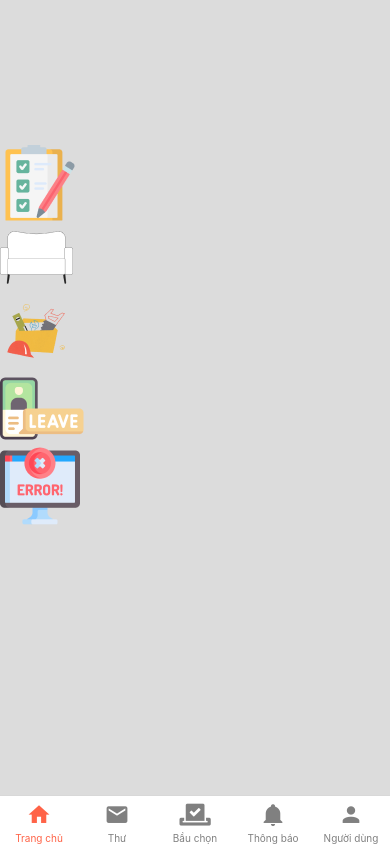
Repository: diepdung02/AppPTC
Page: /Home
The author's editor kept a copy of each file at every save. The page is drawn from the files as they stood at one save, then again after a run of saves.
The browser window is 390 px wide. The pictures show the whole page.
The page's requests for data from a server got no answer. The app was drawn by React Native's web renderer in a window 390 px wide. The project was rebuilt for these pictures with package versions that can differ from the ones it lists, and the page was loaded fresh each time. No one was signed in, and anything a server would have sent is missing. Also part of the build but not shown: screen/home/MailScreen.tsx, screen/home/NotificationScreen.tsx, screen/home/UserScreen.tsx, screen/home/VoteScreen.tsx. Imported but missing from the stored project, and not drawn on this page: assets.

Above is the page before, as saved 2024-06-30 15:15:39.

### App.tsx
// App.tsx

import React from 'react';
import { NavigationContainer } from '@react-navigation/native';
import { createStackNavigator } from '@react-navigation/stack';
import { LoginScreen, HomeScreen, NotificationScreen, UserScreen, MailScreen, VoteScreen } from './screen/index';
import { createBottomTabNavigator } from '@react-navigation/bottom-tabs';
import { MaterialCommunityIcons, FontAwesome5 } from '@expo/vector-icons'; // Sử dụng MaterialCommunityIcons từ expo/vector-icons

const Stack = createStackNavigator();
const Tab = createBottomTabNavigator();

const HomeTabNavigator: React.FC = () => {
  return (
    <Tab.Navigator
      initialRouteName="HomeTab"
      screenOptions={{
        tabBarActiveTintColor: 'tomato',
        tabBarInactiveTintColor: 'gray',
        tabBarStyle: { display: 'flex' },
      }}
    >
      <Tab.Screen
        name="HomeTab"
        component={HomeScreen}
        options={{
          headerShown: false,
          tabBarLabel: 'Trang chủ',
          tabBarIcon: ({ color, size }) => (
            <MaterialCommunityIcons name="home" color={color} size={size} />
          ),
        }}
      />

      <Tab.Screen
        name="Mail"
        component={MailScreen}
        options={{
          headerShown: false,
          tabBarLabel: 'Thư',
          tabBarIcon: ({ color, size }) => (
            <MaterialCommunityIcons name="email" color={color} size={size} />
          ),
        }}
      />

      <Tab.Screen
        name="Vote"
        component={VoteScreen}
        options={{
          headerShown: false,
          tabBarLabel: 'Bầu chọn',
          tabBarIcon: ({ color, size }) => (
            <FontAwesome5 name="vote-yea" color={color} size={size} />
          ),
        }}
      />

      <Tab.Screen
        name="Notifications"
        component={NotificationScreen}
        options={{
          headerShown: false,
          tabBarLabel: 'Thông báo',
          tabBarIcon: ({ color, size }) => (
            <MaterialCommunityIcons name="bell" color={color} size={size} />
          ),
        }}
      />
      <Tab.Screen
        name="User"
        component={UserScreen}
        options={{
          headerShown: false,
          tabBarLabel: 'Người dùng',
          tabBarIcon: ({ color, size }) => (
            <MaterialCommunityIcons name="account" color={color} size={size} />
          ),
        }}
      />
    </Tab.Navigator>
  );
}

const App: React.FC = () => {
  return (
    <NavigationContainer>
      <Stack.Navigator initialRouteName="Login">
        <Stack.Screen name="Login" component={LoginScreen} options={{ headerShown: false }} />
        <Stack.Screen name="Home" component={HomeTabNavigator} options={{ headerShown: false }} />
      </Stack.Navigator>
    </NavigationContainer>
  );
};

export default App;

### screen/index.tsx
import LoginScreen from './auth/LoginScreen';
import HomeScreen from './home/HomeScreen';
// screen/index.tsx

export { default as MailScreen } from './home/MailScreen';
export { default as NotificationScreen } from './home/NotificationScreen';
export { default as UserScreen } from './home/UserScreen';
export { default as VoteScreen } from './home/VoteScreen';


export{
    LoginScreen,
    HomeScreen,

}

### screen/auth/LoginScreen.tsx
// LoginScreen.tsx
import React, { useState, useEffect } from 'react';
import { View, TextInput, StyleSheet, TouchableOpacity, Text, Image } from 'react-native';
import { FontAwesome, MaterialIcons } from '@expo/vector-icons';
import { Formik } from 'formik';
import * as Yup from 'yup';
import AsyncStorage from '@react-native-async-storage/async-storage';
import COLORS from '../../constants/Color';
import { login, ApiResponse } from '../../API'; // Import API functions

type LoginProps = {
  navigation: any;
};

type FormValues = {
  username: string;
  password: string;
};

const LoginScreen: React.FC<LoginProps> = ({ navigation }) => {
  const [hidePassword, setHidePassword] = useState<boolean>(true);
  const [rememberPassword, setRememberPassword] = useState<boolean>(false);

  useEffect(() => {
    const checkRememberPassword = async () => {
      try {
        const savedPassword = await AsyncStorage.getItem('password');
        if (savedPassword) {
          setRememberPassword(true);
        }
      } catch (error) {
        console.error('Error reading password from AsyncStorage:', error);
      }
    };
    checkRememberPassword();
  }, []);

  const togglePasswordVisibility = () => {
    setHidePassword(!hidePassword);
  };

  const handleLogin = async (values: FormValues) => {
    try {
      const { username, password } = values;
      const response: ApiResponse<any> = await login({ username, password });
      if (response.success) {
        // Xử lý khi đăng nhập thành công
        alert('Đăng nhập thành công!');
        navigation.navigate('Home');
      } else {
        // Xử lý khi đăng nhập thất bại
        alert('Đăng nhập thất bại! ' + response.error);
      }
    } catch (error) {
      console.error('Error logging in:', error);
      alert('Đăng nhập thất bại! Vui lòng thử lại.');
    }
  };

  const validationSchema = Yup.object({
    username: Yup.string().required('Chưa nhập tên đăng nhập'),
    password: Yup.string().required('Chưa nhập mật khẩu'),
  });

  return (
    <Formik
      initialValues={{
        username: '',
        password: '',
      }}
      validationSchema={validationSchema}
      onSubmit={(values) => handleLogin(values)}
    >
      {({ values, touched, errors, handleChange, handleSubmit, handleBlur }) => (
        <View style={styles.container}>
          <Image source={require('../../assets/logo.png')} style={styles.logo} />
          <View style={styles.inputContainer}>
            <FontAwesome name="user" size={20} color="black" />
            <TextInput
              style={styles.textInput}
              placeholder="Username"
              value={values.username}
              onChangeText={handleChange('username')}
              onBlur={handleBlur('username')}
            />
          </View>
          {touched.username && errors.username && (
            <Text style={styles.errorText}>{errors.username}</Text>
          )}

          <View style={styles.inputContainer}>
            <FontAwesome name="lock" size={20} color="black" />
            <TextInput
              style={styles.textInput}
              placeholder="Password"
              secureTextEntry={hidePassword}
              value={values.password}
              onChangeText={handleChange('password')}
              onBlur={handleBlur('password')}
            />
            <TouchableOpacity onPress={togglePasswordVisibility}>
              <MaterialIcons
                name={hidePassword ? 'visibility-off' : 'visibility'}
                size={20}
                color="black"
              />
            </TouchableOpacity>
          </View>
          {touched.password && errors.password && (
            <Text style={styles.errorText}>{errors.password}</Text>
          )}

          <TouchableOpacity style={styles.loginButton} onPress={handleSubmit as any}>
            <Text style={styles.buttonText}>Login</Text>
          </TouchableOpacity>
          <TouchableOpacity onPress={() => navigation.navigate('ForgotPassword')}>
            <Text style={styles.forgotPasswordText}>Forgot Password?</Text>
          </TouchableOpacity>
        </View>
      )}
    </Formik>
  );
};

const styles = StyleSheet.create({
  container: {
    flex: 1,
    backgroundColor: COLORS.colorMain,
    alignItems: 'center',
    justifyContent: 'center',
  },
  logo: {
    width: 150,
    height: 150,
    marginBottom: 50,
  },
  inputContainer: {
    flexDirection: 'row',
    alignItems: 'center',
    backgroundColor: '#FFFFFF',
    borderRadius: 5,
    width: '80%',
    marginBottom: 20,
    padding: 10,
  },
  textInput: {
    flex: 1,
    marginLeft: 10,
  },
  loginButton: {
    backgroundColor: COLORS.blue,
    width: '80%',
    padding: 15,
    borderRadius: 5,
    alignItems: 'center',
  },
  buttonText: {
    color: 'white',
    fontSize: 16,
  },
  forgotPasswordText: {
    color: '#005A8C',
    marginTop: 20,
  },
  errorText: {
    color: 'red',
    fontSize: 12,
    marginBottom: 20,
  },
});

export default LoginScreen;

### screen/home/HomeScreen.tsx
import React, { useEffect, useState } from 'react';
import { View, Text, Image, StyleSheet, SafeAreaView,FlatList } from 'react-native';
import COLORS from '../../constants/Color';
import { ApiResponse, fetchUser } from '../../API'; // Điều chỉnh đường dẫn để phù hợp với cấu trúc tệp của bạn

const HomeScreen: React.FC = () => {
  const [userData, setUserData] = useState<any>({});

  useEffect(() => {
    const fetchUserData = async () => {
      const userId = '1'; // Thay thế với userId thực tế hoặc lấy động
      const response: ApiResponse<any> = await fetchUser(userId);
      if (response.success) {
        setUserData(response.data); // Giả định API trả về một đối tượng có các thuộc tính 'name' và 'dept'
      } else {
        console.error('Lỗi khi lấy dữ liệu người dùng:', response.error);
      }
    };

    fetchUserData();
  }, []);

  return (
    <SafeAreaView style={styles.container}>
      <View style={styles.inforContainer}>
        <Image source={{ uri: userData.avatar }} style={styles.avatar} />
        <View style={styles.txtInfor}>
          <Text style={styles.txtName}>{userData.name}</Text>
          <Text style={styles.txtDept}>{userData.dept}</Text>
        </View>
      </View>
      <View>
        <Image source={require('../../assets/check .png')}/>
        <Image source={require('../../assets/Product.png')}/>
        <Image source={require('../../assets/Output.png')}/>
        <Image source={require('../../assets/leave 1.png')}/>
        <Image source={require('../../assets/Error.png')}/>
        <Image source={require('../../assets/')}/>
      </View>
    </SafeAreaView>
  );
};

const styles = StyleSheet.create({
  container:{
    flex:1,
    backgroundColor:COLORS.colorMain,
  },
  avatar:{
    width:75,
    height:75,
    marginTop:70,
    marginLeft:20,
  },
  inforContainer:{
    flexDirection:"row",
    alignItems:"center"
  },
  txtInfor:{
    marginTop:70,
    paddingLeft:10,
  },
  txtName:{
    fontSize:20
  },
  txtDept:{
    fontSize:18
  }
});

export default HomeScreen;

### constants/Color.tsx
const COLORS = {
    colorMain:"#DCDCDC",
    blue: "#09648C"

  };
  export default COLORS;

### API.ts
// api.ts
export interface ApiResponse<T> {
  success: boolean;
  data?: T;
  error?: string;
}

export const fetchData = async (): Promise<ApiResponse<any>> => {
  try {
    const response = await fetch('https://668100b656c2c76b495d38a8.mockapi.io/PTC');
    if (!response.ok) {
      throw new Error('Network response was not ok');
    }
    const data = await response.json();
    return { success: true, data };
  } catch (error) {
    console.error('Error fetching data:', error);
    return { success: false, error: 'Error fetching data' };
  }
};

export interface LoginRequest {
  username: string;
  password: string;
}

export const login = async ({ username, password }: LoginRequest): Promise<ApiResponse<any>> => {
  try {
    const response = await fetch('https://668100b656c2c76b495d38a8.mockapi.io/PTC', {
      method: 'POST',
      headers: {
        'Content-Type': 'application/json',
      },
      body: JSON.stringify({ username, password }),
    });
    if (!response.ok) {
      throw new Error('Network response was not ok');
    }
    const data = await response.json();
    return { success: true, data };
  } catch (error) {
    console.error('Error logging in:', error);
    return { success: false, error: 'Error logging in' };
  }
};

export interface User {
  id: string;
  name: string;
  avatar: string;
  dept: string;
}

export const fetchUser = async (userId: string): Promise<ApiResponse<User>> => {
  try {
    const response = await fetch(`https://668100b656c2c76b495d38a8.mockapi.io/PTC/${userId}`);
    if (!response.ok) {
      throw new Error('Network response was not ok');
    }
    const data = await response.json();
    return { success: true, data };
  } catch (error) {
    console.error('Error fetching user data:', error);
    return { success: false, error: 'Error fetching user data' };
  }
};

After the next 3 saves:
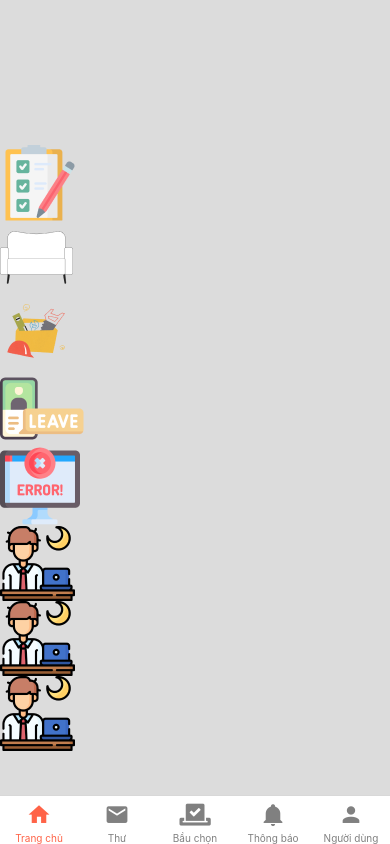
The 3 saves are shown as one change because they came seconds apart.
The last was saved 11 s later.
--- a/screen/home/HomeScreen.tsx
+++ b/screen/home/HomeScreen.tsx
@@ -35,7 +35,9 @@ const HomeScreen: React.FC = () => {
         <Image source={require('../../assets/Output.png')}/>
         <Image source={require('../../assets/leave 1.png')}/>
         <Image source={require('../../assets/Error.png')}/>
-        <Image source={require('../../assets/')}/>
+        <Image source={require('../../assets/ot request.png')}/>
+        <Image source={require('../../assets/ot request.png')}/>
+        <Image source={require('../../assets/ot request.png')}/>
       </View>
     </SafeAreaView>
   );
